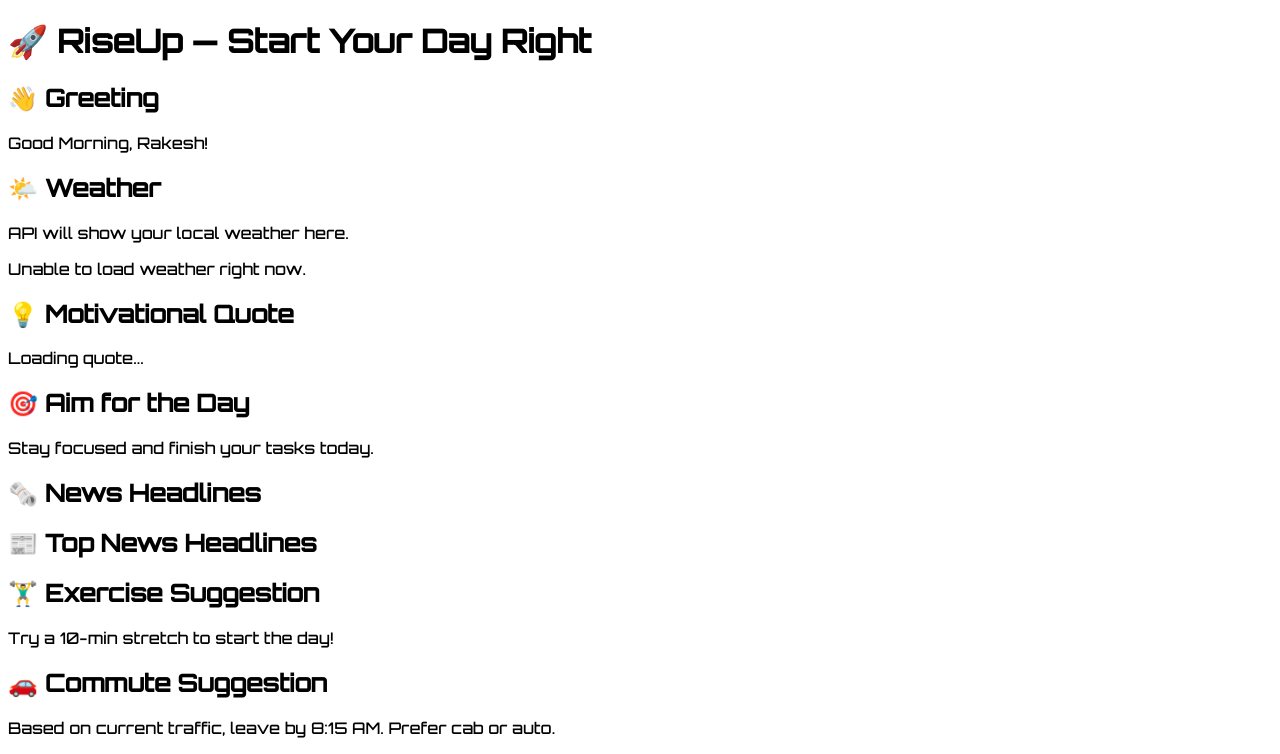
Repository: rakeshkumar1012/riseup
Page: /
The author's editor kept a copy of each file at every save. The page is drawn from the files as they stood at one save, then again after the next save.
The browser window is 1280 px wide. The pictures show the whole page.
The page's requests for data from a server got no answer. The project was rebuilt for these pictures with package versions that can differ from the ones it lists, and the page was loaded fresh each time. No one was signed in, and anything a server would have sent is missing.

Above is the page before, as saved 2025-07-05 03:44:09.

### public/index.html
<!DOCTYPE html>
<html lang="en">
  <head>
    <meta charset="utf-8" />
    <link rel="icon" href="%PUBLIC_URL%/favicon.ico" />
    <meta name="viewport" content="width=device-width, initial-scale=1" />
    <meta name="theme-color" content="#000000" />
    <meta
      name="description"
      content="Web site created using create-react-app"
    />
    <link rel="apple-touch-icon" href="%PUBLIC_URL%/logo192.png" />
    <!--
      manifest.json provides metadata used when your web app is installed on a
      user's mobile device or desktop. See https://developers.google.com/web/fundamentals/web-app-manifest/
    -->
    <link rel="manifest" href="%PUBLIC_URL%/manifest.json" />
    <!--
      Notice the use of %PUBLIC_URL% in the tags above.
      It will be replaced with the URL of the `public` folder during the build.
      Only files inside the `public` folder can be referenced from the HTML.

      Unlike "/favicon.ico" or "favicon.ico", "%PUBLIC_URL%/favicon.ico" will
      work correctly both with client-side routing and a non-root public URL.
      Learn how to configure a non-root public URL by running `npm run build`.
    -->
      <link href="https://fonts.googleapis.com/css2?family=Orbitron:wght@500&display=swap" rel="stylesheet">

    <title>React App</title>
  </head>
  <body>
    <noscript>You need to enable JavaScript to run this app.</noscript>
    <div id="root"></div>
    <!--
      This HTML file is a template.
      If you open it directly in the browser, you will see an empty page.

      You can add webfonts, meta tags, or analytics to this file.
      The build step will place the bundled scripts into the <body> tag.

      To begin the development, run `npm start` or `yarn start`.
      To create a production bundle, use `npm run build` or `yarn build`.
    -->
  </body>
</html>

### src/index.css
/* src/index.css */
@tailwind base;
@tailwind components;
@tailwind utilities;

body {
  @apply bg-gradient-to-br from-[#0f0c29] via-[#302b63] to-[#24243e] text-white min-h-screen;
  font-family: 'Orbitron', sans-serif;
}


/*body {
  margin: 0;
  font-family: -apple-system, BlinkMacSystemFont, 'Segoe UI', 'Roboto', 'Oxygen',
    'Ubuntu', 'Cantarell', 'Fira Sans', 'Droid Sans', 'Helvetica Neue',
    sans-serif;
  -webkit-font-smoothing: antialiased;
  -moz-osx-font-smoothing: grayscale;
}*/

code {
  font-family: source-code-pro, Menlo, Monaco, Consolas, 'Courier New',
    monospace;
}

### src/App.js
import Weather from "./components/Weather";
import Quote from "./components/Quote";
import Task from "./components/Task";
import News from "./components/News";

function App() {
  return (
    <div className="min-h-screen flex flex-col justify-center items-center bg-gradient-to-br from-blue-950 via-gray-900 to-black text-white px-4 py-10">
      <h1 className="text-4xl font-bold mb-10 text-center text-cyan-300 animate-pulse">
        🚀 RiseUp — Start Your Day Right
      </h1>

      <div className="w-full max-w-4xl space-y-6">
        {/* Greeting */}
        <Section title="👋 Greeting" gradient="from-purple-500 to-pink-500">
          <p className="text-white/90">Good Morning, Rakesh!</p>
        </Section>



        {/* Weather */}
        <Section title="🌤️ Weather" gradient="from-blue-400 to-cyan-500">

          <p className="text-white/90">API will show your local weather here.</p>
          <Weather />
        </Section>

        {/* Quote */}
        <Section title="💡 Motivational Quote" gradient="from-yellow-400 to-orange-500">
          <Quote />
        </Section>

        {/* Daily Task */}
        <Section title="🎯 Aim for the Day" gradient="from-green-400 to-lime-500">
          <p className="text-white/90">Stay focused and finish your tasks today.</p>
          <Task />
        </Section>

        {/* News */}
        <Section title="🗞️ News Headlines" gradient="from-red-500 to-pink-600">

          <News/>
        </Section>

        {/* Exercise */}
        <Section title="🏋️‍♂️ Exercise Suggestion" gradient="from-indigo-500 to-purple-700">
          <p className="text-white/90">Try a 10-min stretch to start the day!</p>

        </Section>

        {/* Commute */}
        <Section title="🚗 Commute Suggestion" gradient="from-sky-500 to-blue-600">
          <p className="text-white/90">
            Based on current traffic, leave by 8:15 AM. Prefer cab or auto.
          </p>
        </Section>
      </div>
    </div>
  );
}

// Reusable Box Component
function Section({ title, gradient, children }) {
  return (
    <div
      className={`rounded-xl shadow-lg p-6 bg-gradient-to-r ${gradient} transition duration-300 hover:scale-[1.02]`}
    >
      <h2 className="text-2xl font-semibold mb-2">{title}</h2>
      <div className="text-lg">{children}</div>
    </div>
  );
}

export default App;

### src/components/Weather.js
import { useState, useEffect } from "react";

function Weather() {
  const [weather, setWeather] = useState(null);
  const [loading, setLoading] = useState(true);

  const API_KEY = "5095941ff89867f82f0a96500b2787cc"; // 🔁 replace with your real API key
  const CITY = "Hyderabad"; // or use navigator.geolocation for dynamic city

  useEffect(() => {
    async function fetchWeather() {
      try {
        const response = await fetch(
          `https://api.openweathermap.org/data/2.5/weather?q=${CITY}&appid=${API_KEY}&units=metric`
        );
        const data = await response.json();
        setWeather(data);
        setLoading(false);
      } catch (error) {
        console.error("Weather fetch error:", error);
        setLoading(false);
      }
    }

    fetchWeather();
  }, []);

  if (loading) return <p>Loading weather data...</p>;
  if (!weather || weather.cod !== 200)
    return <p>Unable to load weather right now.</p>;

  return (
    <div className="rounded-xl p-6 bg-gradient-to-r from-blue-400 to-cyan-500 shadow-lg transition hover:scale-[1.02] text-white">
      <h2 className="text-2xl font-semibold mb-2">🌤️ Weather</h2>
      <p className="text-lg">
        {weather.name}: {weather.weather[0].description}
      </p>
      <p className="text-lg">
        Temperature: {weather.main.temp}°C | Feels Like:{" "}
        {weather.main.feels_like}°C
      </p>
    </div>
  );
}

export default Weather;

### src/components/Quote.js
import { useEffect, useState } from "react";

function Quote() {
  const [quote, setQuote] = useState(null);

  useEffect(() => {
    async function fetchQuote() {
      try {
        const response = await fetch("https://zenquotes.io/api/random");
        const data = await response.json();
        setQuote(data[0]);
      } catch (error) {
        console.error("Quote fetch error:", error);
      }
    }

    fetchQuote();
  }, []);

  if (!quote) return <p>Loading quote...</p>;

  return (
    <div className="rounded-xl p-6 bg-gradient-to-r from-indigo-400 to-purple-500 shadow-lg transition hover:scale-[1.02] text-white">
      <h2 className="text-2xl font-semibold mb-2">💡 Motivational Quote</h2>
      <p className="italic text-lg">"{quote.q}"</p>
      <p className="text-sm mt-2 text-right">- {quote.a}</p>
    </div>
  );
}

export default Quote;

### src/components/Task.js
import { useEffect, useState } from "react";

function Task() {
  const [task, setTask] = useState(null);

  useEffect(() => {
    async function fetchTask() {
      try {
        const response = await fetch("https://www.boredapi.com/api/activity");
        const data = await response.json();
        setTask(data);
      } catch (error) {
        console.error("Task fetch error:", error);
      }
    }

    fetchTask();
  }, []);

  if (!task)
    return (
      <div className="rounded-xl p-6 bg-gradient-to-r from-green-400 to-lime-500 shadow-lg animate-pulse h-24 text-white">
        <div className="w-3/4 h-5 bg-white/30 mb-3 rounded"></div>
        <div className="w-1/2 h-4 bg-white/20 rounded"></div>
      </div>
    );

  return (
    <div className="rounded-xl p-6 bg-gradient-to-r from-green-400 to-lime-500 shadow-lg transition hover:scale-[1.02] text-white">
      <h2 className="text-2xl font-semibold mb-2">🧠 AIM for Today</h2>
      <p className="text-lg italic">{task.activity}</p>
      <p className="text-sm mt-2">Type: {task.type}</p>
    </div>
  );
}

export default Task;

### src/components/News.js
import { useEffect, useState } from "react";

function News() {
  const [articles, setArticles] = useState([]);
  const [loading, setLoading] = useState(true);

  const API_KEY = "99a3cecda0cd43adf2d5487bd37cee1b"; // replace this
  const API_URL = `https://gnews.io/api/v4/top-headlines?lang=en&country=in&max=4&apikey=${API_KEY}`;

  useEffect(() => {
    async function fetchNews() {
      try {
        const response = await fetch(API_URL);
        const data = await response.json();
        setArticles(data.articles || []);
      } catch (err) {
        console.error("Failed to fetch news:", err);
      } finally {
        setLoading(false);
      }
    }

    fetchNews();
  }, []);

  if (loading) {
    return (
      <div className="bg-gradient-to-r from-amber-400 to-yellow-500 rounded-xl p-6 shadow-lg animate-pulse h-44 text-white">
        <div className="w-1/2 h-6 bg-white/30 mb-3 rounded"></div>
        <div className="w-3/4 h-4 bg-white/20 mb-1 rounded"></div>
        <div className="w-2/3 h-4 bg-white/20 rounded"></div>
      </div>
    );
  }

  return (
    <div className="rounded-xl p-6 bg-gradient-to-r from-amber-400 to-yellow-500 text-white shadow-lg transition hover:scale-[1.02]">
      <h2 className="text-2xl font-semibold mb-4">📰 Top News Headlines</h2>
      <ul className="space-y-3">
        {articles.map((article, idx) => (
          <li key={idx}>
            <a
              href={article.url}
              target="_blank"
              rel="noopener noreferrer"
              className="block text-lg hover:underline"
            >
              {idx + 1}. {article.title}
            </a>
          </li>
        ))}
      </ul>
    </div>
  );
}

export default News;

Loaded but not shown: src/index.js (common file); src/reportWebVitals.js (common file)

After the next save:
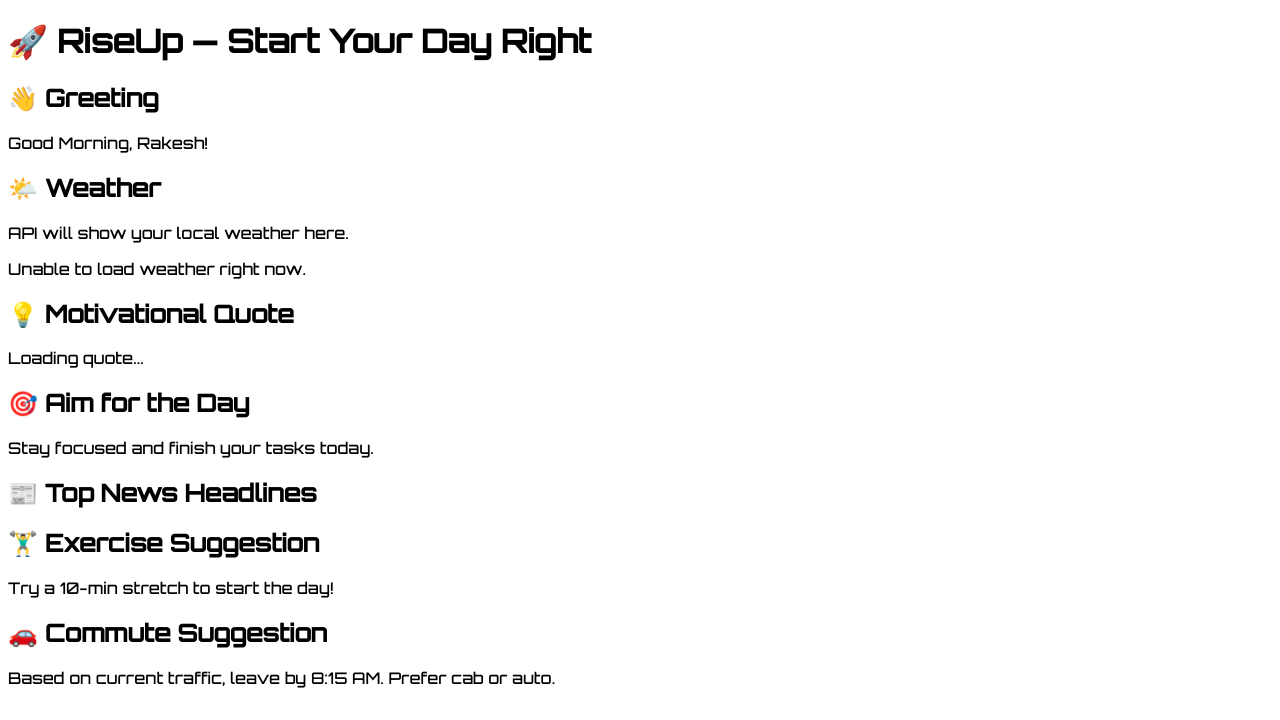
Saved 12 s later.
--- a/src/App.js
+++ b/src/App.js
@@ -37,10 +37,10 @@ function App() {
         </Section>
 
         {/* News */}
-        <Section title="🗞️ News Headlines" gradient="from-red-500 to-pink-600">
+
 
           <News/>
-        </Section>
+
 
         {/* Exercise */}
         <Section title="🏋️‍♂️ Exercise Suggestion" gradient="from-indigo-500 to-purple-700">
